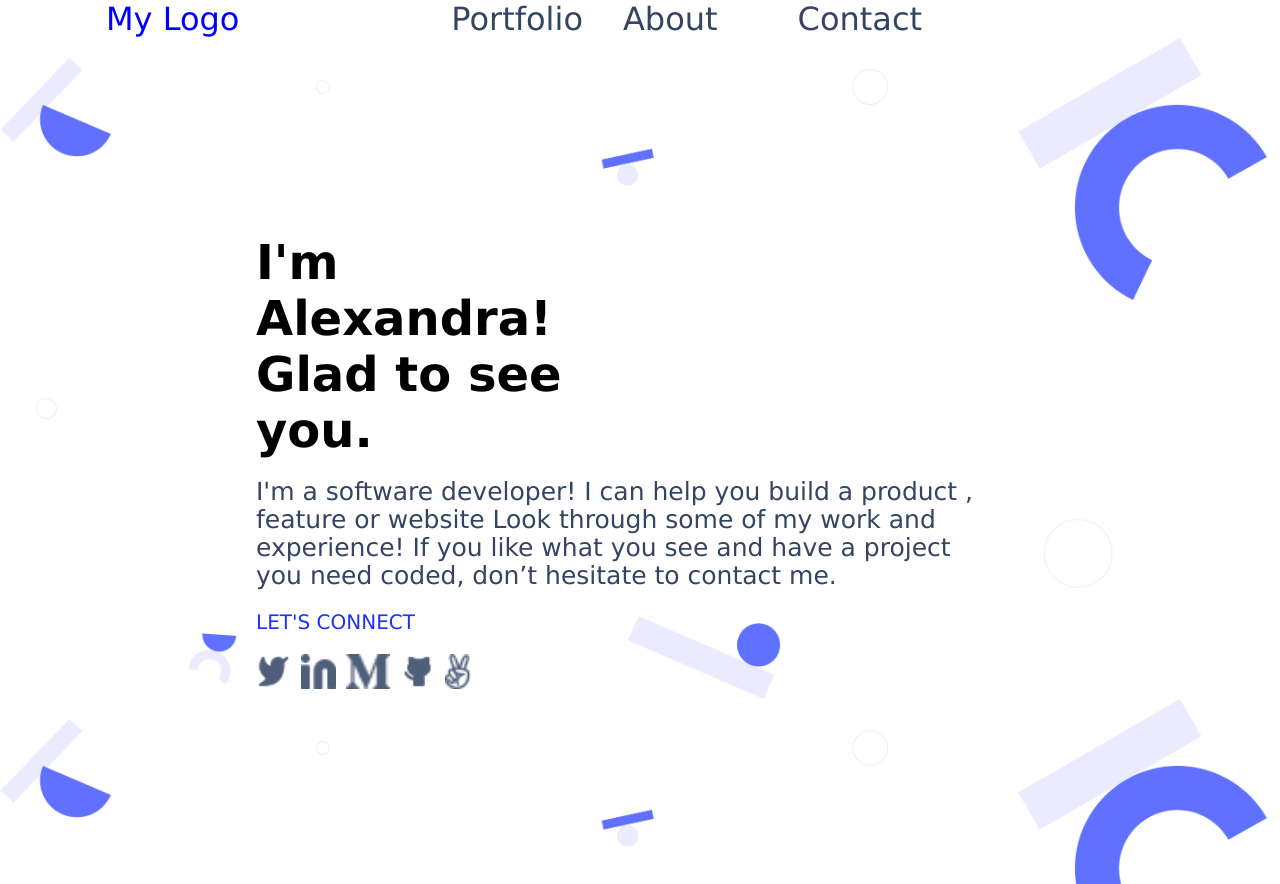
Repository: usman3123/portfolio-template-3
Page: portfolio.html
An editor plug-in stored every save of this project. The page is shown before and after the next save, followed by the edit.
The browser window is 1280 px wide. The pictures show the whole page.
Some web libraries are served in a nearby version.

Above is the page before, as saved 2025-01-23 18:05:49.

After the next save:
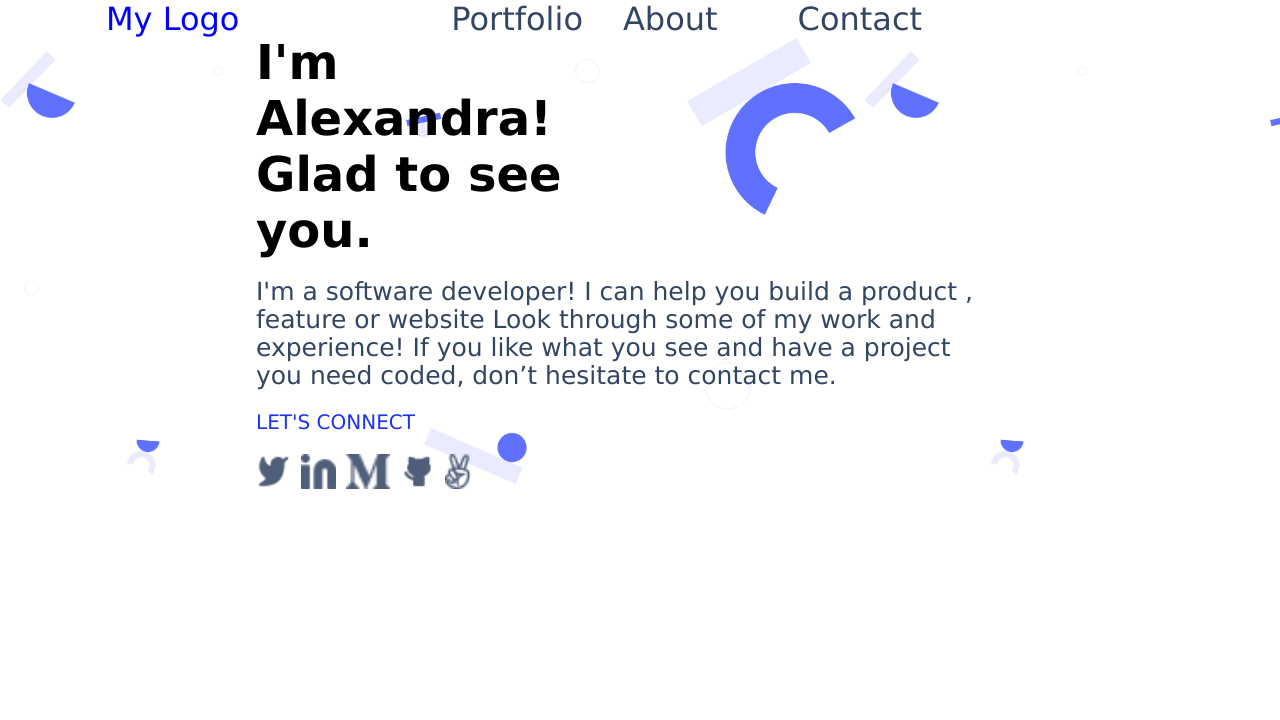
Saved 23 min 51 s later.
--- a/style.css
+++ b/style.css
@@ -33,6 +33,7 @@
     padding-left: 20%;
     background-image: url(/assets/Header\ bg@2x.png);
     background-size: contain;
+    max-height: 446px;
 }
 .hero-content {
     flex-direction: column;

After the save that followed:
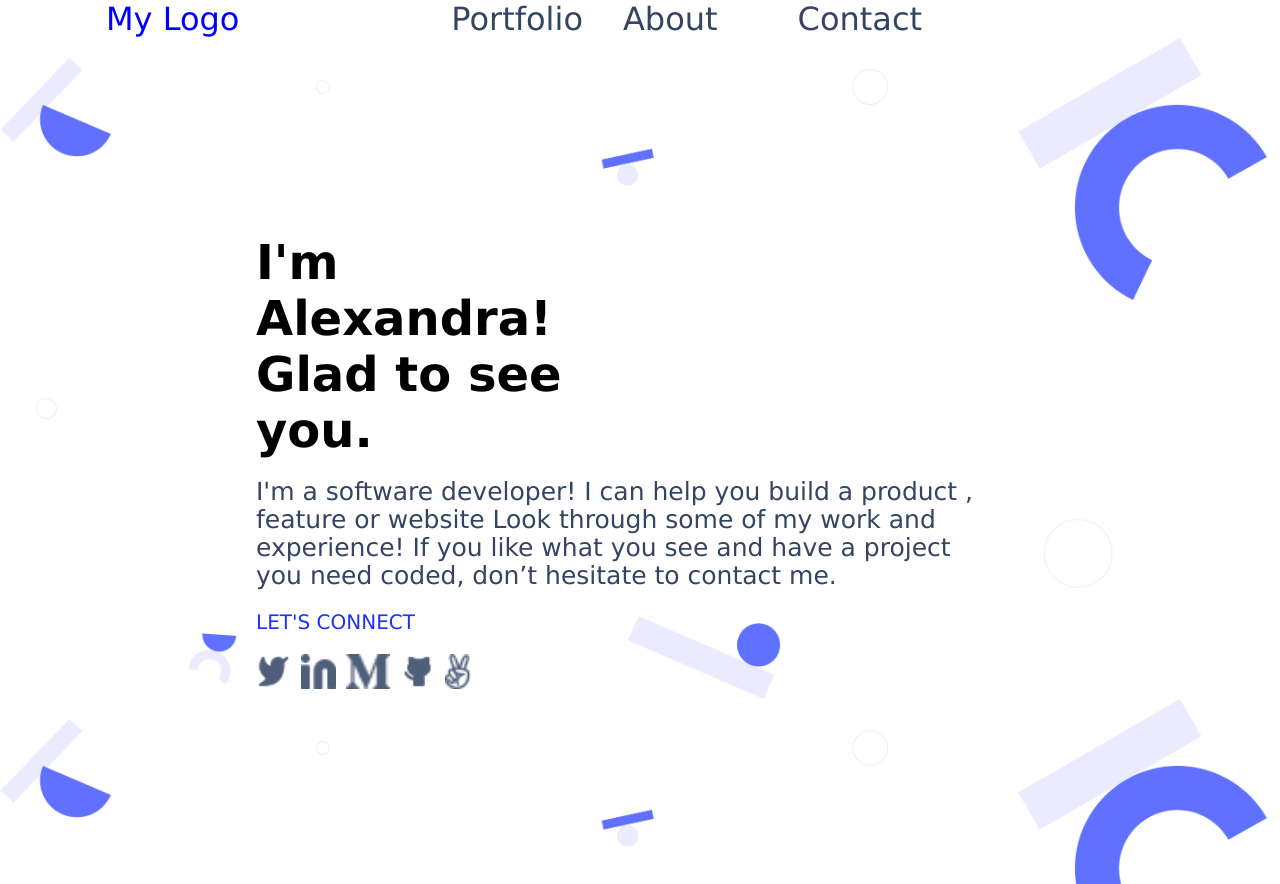
Saved 11 s later.
--- a/style.css
+++ b/style.css
@@ -33,7 +33,7 @@
     padding-left: 20%;
     background-image: url(/assets/Header\ bg@2x.png);
     background-size: contain;
-    max-height: 446px;
+    max-height: 846px;
 }
 .hero-content {
     flex-direction: column;
